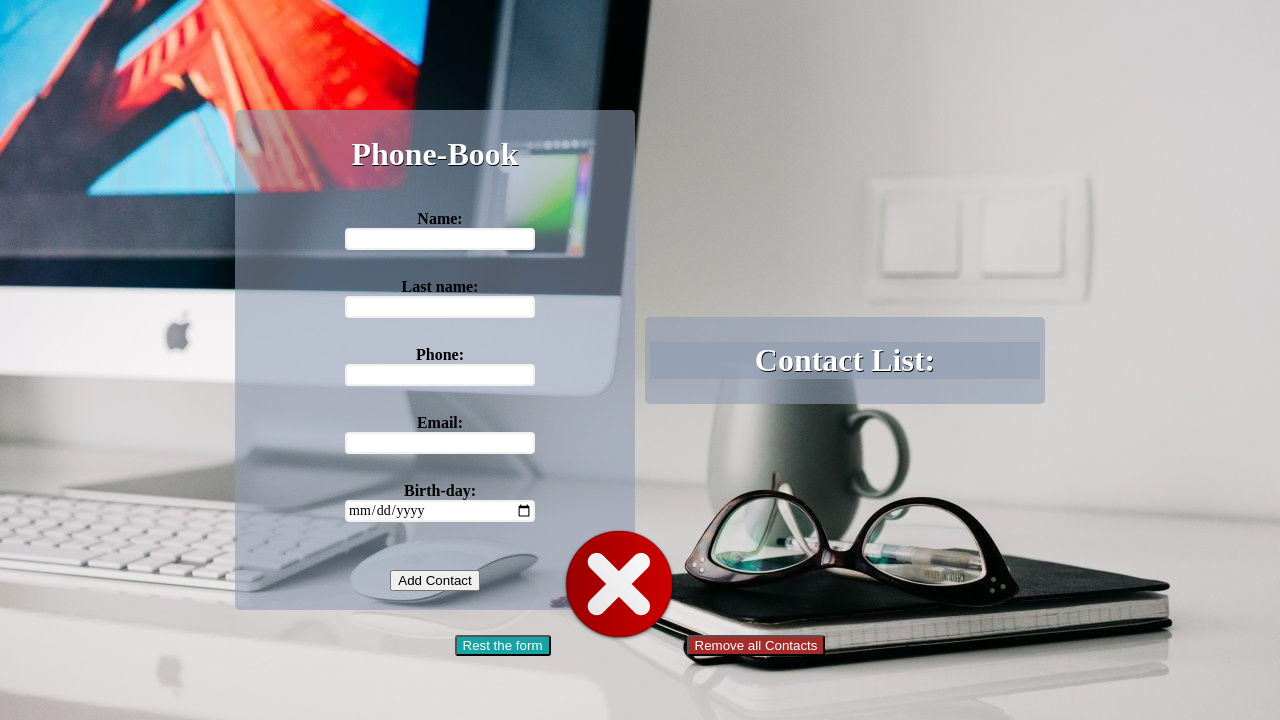
Repository: STA1357/Phone-book
Page: Inner.html
An editor plug-in stored every save of this project. The page is shown before and after the next save, followed by the edit.
The browser window is 1280 px wide. The pictures show the whole page.

Above is the page before, as saved 2020-12-12 18:02:08.

### Inner.html
<!DOCTYPE html>
<html lang="en">
<head>
    <meta charset="UTF-8">
    <meta name="viewport" content="width=device-width, initial-scale=1.0">
    <title>Phone Book</title>
    <link rel="stylesheet" href="./styles.css">
    <script src="./app.js"></script>
</head>
<body>
    <form action="#" method="POST" id="form" class="form">

        <header>
            <div class="header-title">
                <h1>Phone-Book</h1>
            </div>
        </header>

        <main>
            <div class="container">

                <div class="form-control">
                <label for="name">Name:</label>
                <input type="text" class="form-input" id="nameInput">
                <small>Field is required</small>
                </div>

                <div class="form-control">
                <label for="lname">Last name:</label>
                <input type="text" class="form-input" id="lnameInput">
                <small>Field is required</small>
                </div>

                <div class="form-control">
                <label for="tel">Phone:</label>
                <input type="text" class="form-input" id="telInput" class="tellinput">
                <small>Field is required</small>
                </div>


                <div class="form-control">
                <label for="email">Email:</label>
                <input type="email" class="form-input" id="emailInput">
                <small>Field is required</small>
                </div>


                <div class="form-control">
                <label for="birthname">Birth-day:</label>
                <input type="date" class="form-input" id="birthInput">
                <small>Field is required</small>
                </div>

            </div>

        </main>

        <div class="btn">
        <button type="submit" id="btnAdd">Add Contact</button>
    </div>
    </form>
<div class="list-container">
    <h2 class="listTitle">Contact List:</h2>
    <ul id="users"></ul>
</div>

<div class="clearBook">
    <button id="restBtn" class="restBtn">Rest the form</button>
    <img src="./delete.png" class="delete-png">
    <button id="clearBookBtn" class="clearBookBtn" onclick="removeAll()">Remove all Contacts</button>
</div>

</body>
</html>

### styles.css
*{
    box-sizing: border-box;

}

body{
    display: flex;
    flex-direction: row;
    align-items: center;
    justify-content: center;
    min-height: 100vh;
    margin: 0;
    background: url("./wp3990421-office-wallpapers.jpg") no-repeat fixed center center;
    background-size: cover;
}

.header-title{
    color: white;
    text-shadow: 0.5px 0.5px black;
}

form{
    max-height: 500px;
    background-color: rgba(144, 156, 179, 0.589);
    width: 400px;
    max-width: 100%;
    margin-right: 10px;
    text-align: center;
    border-radius: 5px;
    position: relative;
}

main{
    margin-left: 25%;
}

.container{
    text-align: center;
    display: block;
    width: 70%;
}

.list-container{
    background-color: rgba(144, 156, 179, 0.589);
    width: 400px;
    max-width: 100%;
    page-break-after: 30px 40px;
    border-radius: 5px;
    max-height: 500px;
    overflow: auto;
}

.listTitle{
    color: white;
    text-shadow: 0.7px 0.7px black;
    font-size: 32px;
    margin-top: 20px;
    margin-bottom: 20px;
    position: sticky;
    top: 20px;
    background-color: rgba(144, 156, 179, 0.589);
}

.titleLi{
    color: rgb(15, 87, 129);
    text-shadow: 0.5px 0.5px black;
    font-size: 22px;
}

.infoList{
    color: black;
    font-size: 18px;
}

h2{
    text-align: center;
}

label{
    font-weight: bold;
}

.form-control input {
	border: 2px solid #f0f0f0;
	border-radius: 4px;
	display: block;
	font-family: inherit;
	font-size: 14px;

	width: 100%;
}

.restBtn{
    border-radius: 3px;
    background-color: rgb(22, 163, 163);
    text-align: center;
    color: white;
}

.btn{
    padding: 20px 0;
}


.selected{
    background-color: skyblue;
    color: black;
    text-shadow: 0.5px 0.5px grey;
}

.deleteBtn::before{
    color: brown;
    content: "delete";
    font-weight: bold;
}

.deleteAll::before{
    color: brown;
    content: "delete";
}

div{
    padding: 5px;
}

li{
    font-weight: bold;
    font-style: italic;
}

.clearBook{
    display: block;
    position: fixed;

}

.clearBookBtn{
    margin-top: 570px;
    background-color: brown;
    color: white;
    border-radius: 3px;
}

.form-control.success input{
    border-color: rgb(18, 206, 18);
}

.form-control.error input{
    border-color: rgb(224, 68, 68);
}


.form-control small {
	color: rgb(224, 68, 68);
	bottom: 0;
	left: 0;
	visibility: hidden;
}

.form-control.error small{
    visibility: visible;
}

.active {
    background-color: gray;
}

### app.js
// compare dates = new Date(date value from contact).toDateString() === new Date().toDateString()

window.onload = function() {
    const localKey = 'contactsCollection';
    const form = document.querySelector('form');
    const list = document.getElementById('users');
    const userName = document.getElementById('nameInput');
    const userLname = document.getElementById('lnameInput');
    const userTel = document.getElementById('telInput');
    const userEmail = document.getElementById('emailInput');
    const userBirth = document.getElementById('birthInput');

    let contactsList = getContacts();
    let activeContact = {};

    generateContactList();
    compareDates();

    function compareDates() {
        const today = new Date().toDateString();
        const todayBirthDays = contactsList.filter(({ birthDay }) => new Date(birthDay).toDateString() === today);
        if (todayBirthDays.length) {
            console.log(todayBirthDays);
        }
    }
    //validation
    form.addEventListener('submit', (e) => {
        e.preventDefault();
        if (validateForm()) {
            const contact = {
                id: Object.keys(activeContact).length ? activeContact.id : getId(),
                name: userName.value,
                lastName: userLname.value,
                phone: userTel.value,
                mail: userEmail.value,
                birthDay: userBirth.value
            }
            if (Object.keys(activeContact).length) {
                updateContact(contact);
                setActiveContact({});
            } else {
                recordContact(contact);
            }
        }
    })

    function setErrorFor (input) {
        const formControl = input.parentElement;
        formControl.classList.add("error");
    }

    function removeError(input) {
        const formControl = input.parentElement;
        formControl.classList.remove("error");
    }

    function isValidField(field) {
        const valid = !!field.value.trim();
        if (!valid) {
            setErrorFor(field);
        } else {
            removeError(field);
        }
        return valid;
    }

    function validateForm() {
        const validateFields = document.querySelectorAll('.form-input');
        const validFields = [];
        validateFields.forEach(field => validFields.push(isValidField(field)));
        return !validFields.some(valid => !valid);
    }

    function getContacts() {
        const res = localStorage.getItem(localKey);
        return res ? JSON.parse(res) : [];
    }

    function setToStorage(data) {
        localStorage.setItem(localKey, data);
    }

    function updateContactList(newList) {
        const string = JSON.stringify(newList);
        contactsList = newList;
        setToStorage(string);
        generateContactList();
    }

    function recordContact(newContact) {
        updateContactList([...contactsList, newContact])
    }

    function updateContact(newData) {
        contactsList = contactsList.map(contact => contact.id === newData.id ? newData : contact);
        updateContactList(contactsList);
    }

    function deleteContact(removeId) {
        contactsList = contactsList.filter(({ id }) => id !== removeId);
        updateContactList(contactsList);
    }

    function switchButtonTitle(){
        const switchButton = document.getElementById('btnAdd');
        switchButton.innerText = "Update";
    }

    function setActiveContact(contact) {
        activeContact = contact;
        const contacts = document.querySelectorAll('.contact-item');
        const { id = "", name = "", lastName = "", phone = "", mail = "", birthDay = "" } = contact;
            contacts.forEach((contact) => {
                if (contact.id === `contact-${id}`) {
                    contact.classList.add('active');
                } else {
                    contact.classList.remove('active');
                    switchButtonTitle();
                }
            })
            userName.value = name;
            userLname.value = lastName;
            userTel.value = phone;
            userEmail.value = mail;
            userBirth.value = birthDay;
    }

    function generateContactList() {
        const fragment = document.createDocumentFragment();
        contactsList.forEach((contact) => {
            const { id, name, lastName, phone, mail, birthDay } = contact;
            const container = document.createElement('div');

            container.onclick = () => setActiveContact(contact);
            container.id = `contact-${id}`;
            container.className = 'contact-item';
            const title = document.createElement('li');
            title.className = 'titleLi'
            title.innerText = `${name} ${lastName}`;

            const infoList = document.createElement('b');
            infoList.className = 'infoList'
            infoList.innerText = `${phone}
            ${mail}
            ${birthDay}`;
            // phonesList.innerText = phones.join(' ');
            container.appendChild(title);
            container.appendChild(infoList);
            const deleteBtn = document.createElement('button');
            deleteBtn.className = 'deleteBtn'
            container.appendChild(deleteBtn);
            deleteBtn.addEventListener('mousedown', function (e) {
                e.preventDefault();
            })
            fragment.appendChild(container);

            deleteBtn.addEventListener('click', function (e) {
                deleteContact(id);
            })
            document.getElementById('nameInput').value = "";
            document.getElementById('lnameInput').value = "";
            document.getElementById('telInput').value = "";
            document.getElementById('emailInput').value = "";
            document.getElementById('birthInput').value = "";
        });


        list.innerHTML = '';
        list.appendChild(fragment);


    }

    function getId() {
        return '_' + Math.random().toString(36).substr(2, 9);
    };
}

function removeAll(){
    if(window.confirm("This action will remove all contacts. Are you sure?")){
        window.localStorage.clear();
        document.location.reload();
    }
}


function newFunction() {
    return document.getElementById('contactsCount');
}
//function move_up() {
//document.getElementById('list-container').scrollTop += 10;
//}

//function move_down() {
//document.getElementById('list-container').scrollTop -= 10;
//}

// const form = document.querySelector('form')
// const list = document.getElementById('users')
// const userName = document.getElementById('nameInput')
// const userLname = document.getElementById('lnameInput')
// const userTel = document.getElementById('telInput')
// const userEmail = document.getElementById('emailInput')
// const userBirth = document.getElementById('birthInput')
// const entry = document.createElement('li')


// function addUser() {
//     const list = document.getElementById('users')
//     const userName = document.getElementById('nameInput')
//     const userLname = document.getElementById('lnameInput')
//     const userTel = document.getElementById('telInput')
//     const userEmail = document.getElementById('emailInput')
//     const userBirth = document.getElementById('birthInput')
//     const entry = document.createElement('li')
//     entry.appendChild(document.createTextNode(userName.value + ' ' + userLname.value + ' '
//     + userTel.value + ' ' + userEmail.value + ' ' + userBirth.value))
//     list.appendChild(entry)
//     return false

// }

// let bookContacts = [];

// const addContacts = (ev) => {
//     ev.preventDefault();
//     let contact = {
//         name: document.getElementById('nameInput').value,
//         lname: userLname.value,
//         tel: userTel.value,
//         email: userEmail.value,
//         birthday: userBirth.value
//     }
//     bookContacts.push(contact);
//     document.forms[0].reset();
// }
// document.addEventListener('DomContentLoad', () =>{
//     document.getElementById('btnAdd').addEventListener('click',addContacts)
// })
// console.log(bookContacts);




/*class Person{
    constructor(options){
        this.name = options.name
        this.lname = options.lname
        this.tel = options.tel
        this.email = options.email
        this.birthday = options.birthday
    }
}

class User extends Person{
    static type = "User"
}

const user = new User({
    name: "",
    lname: "",
    tel: "",
    email:"",
    birthday:""
})


localStorage.setItem('userInfo', JSON.stringify(user));




const raw = localStorage.getItem('userInfo')
const userInfo = JSON.parse(raw)
userInfo.name = 'Maxim'

console.log(userInfo);*/

After the next save:
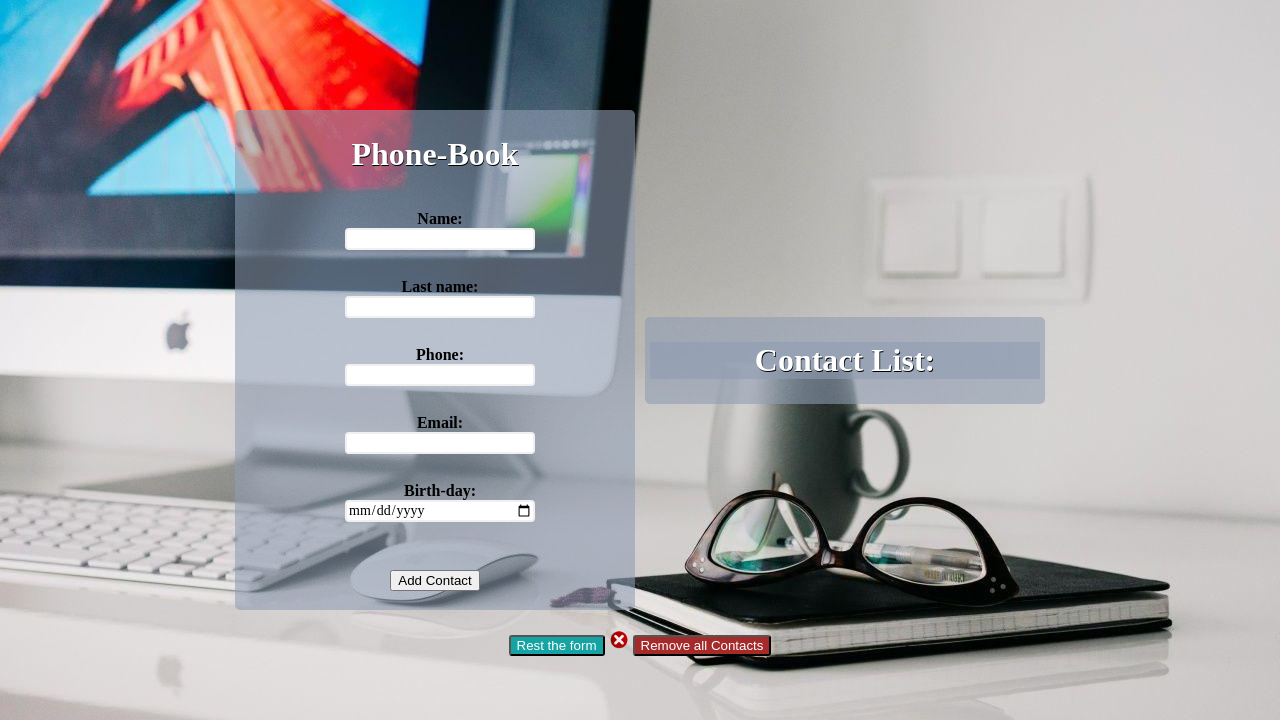
Saved 46 s later.
--- a/styles.css
+++ b/styles.css
@@ -97,6 +97,11 @@ label{
     color: white;
 }
 
+.delete-png{
+    width: 20px;
+    height: 20px;
+}
+
 .btn{
     padding: 20px 0;
 }
